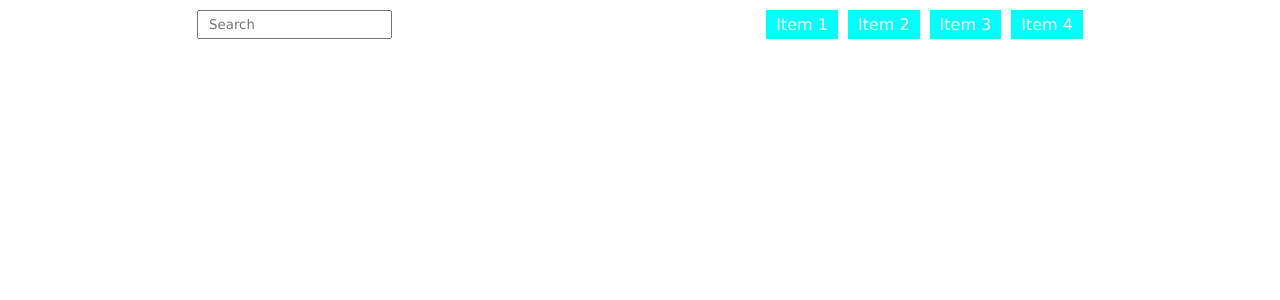
Repository: Chaimaa482/web2-tp3
Page: nav_flex.html
The author's editor kept a copy of each file at every save. The page is drawn from the files as they stood at one save, then again after the next save.
The browser window is 1280 px wide. The pictures show the whole page.

Above is the page before, as saved 2024-02-20 21:07:52.

### nav_flex.html
<!DOCTYPE html>
<html lang="en">
<head>
    <meta charset="UTF-8">
    <meta name="viewport" content="width=device-width, initial-scale=1.0">
    <title>Document</title>
    <style>
        * {
  box-sizing: border-box;
  -moz-box-sizing: border-box;
  -webkit-box-sizing: border-box;
  margin: 0;
  padding: 0;
  font-family: "Lucida Sans", "Lucida Sans Regular", "Lucida Grande",
    "Lucida Sans Unicode", Geneva, Verdana, sans-serif;
}
header{
    width: 100%;
display: flex;
justify-content: space-around;
padding: 10px;
}
nav{
    display: flex;
    gap: 10px;
}
nav span{
    background-color: cyan;
    color: white;
    padding: 5px 10px;
}
input{
        padding: 5px 10px;
}

    </style>
</head>

<body>
    <header>
        <input type="text" placeholder="Search">
        <nav>
            <span>Item 1</span>
            <span>Item 2</span>
            <span>Item 3</span>
            <span>Item 4</span>
        </nav>
    </header>

    <script>

    </script>
</body>
</html>

After the next save:
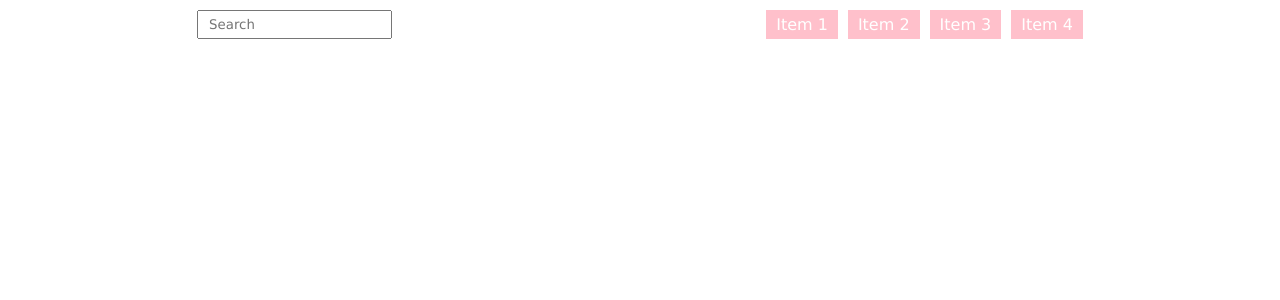
Saved 16 s later.
--- a/nav_flex.html
+++ b/nav_flex.html
@@ -25,7 +25,7 @@ nav{
     gap: 10px;
 }
 nav span{
-    background-color: cyan;
+    background-color: pink;
     color: white;
     padding: 5px 10px;
 }
